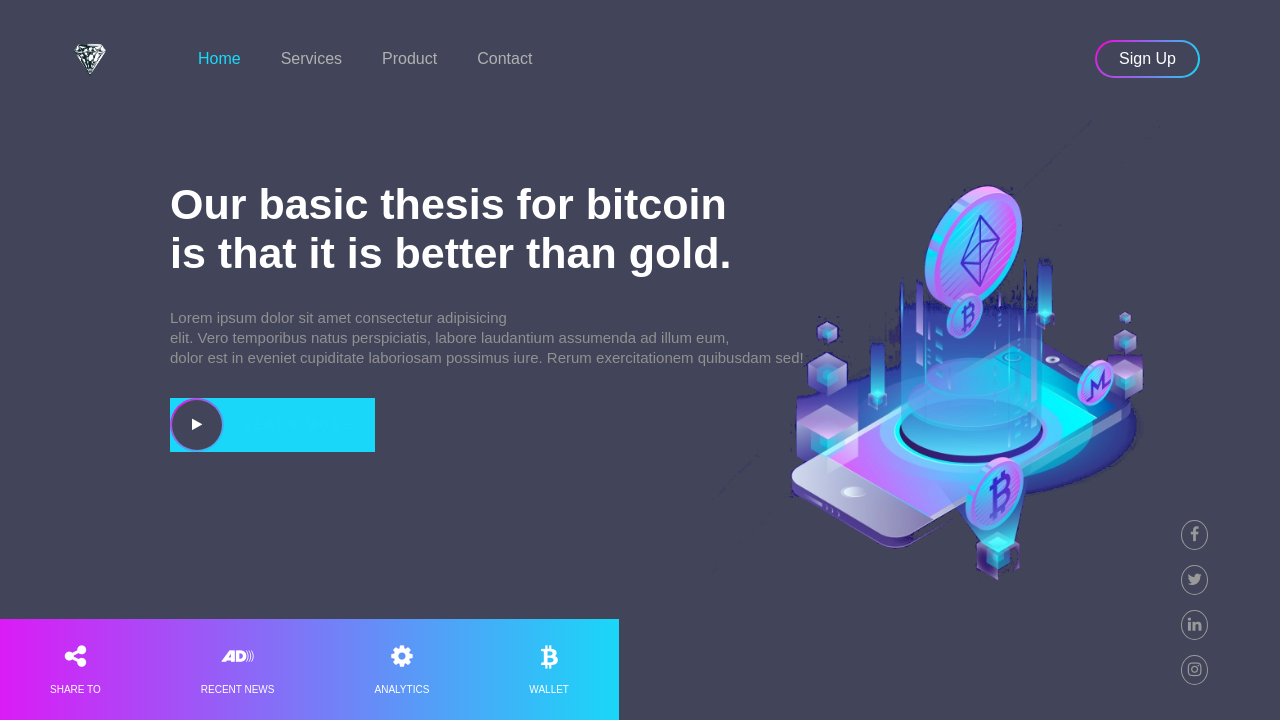
Repository: Aakarshit-Sharma19/Basic-HTML-and-CSS-Page-
Page: index.html
The author's editor kept a copy of each file at every save. The page is drawn from the files as they stood at one save, then again after the next save.
The browser window is 1280 px wide. The pictures show the whole page.
The pointer rests on the first visible `.play-btn`.

Above is the page before, as saved 2020-11-10 17:29:32.

### index.html
<!DOCTYPE html>
<html lang="en">

<head>
    <title>Crypto Currency Web App - Easy Tutorials</title>
    <link rel="stylesheet" href="style.css">
    <link rel="stylesheet" href="https://stackpath.bootstrapcdn.com/font-awesome/4.7.0/css/font-awesome.min.css">
</head>

<body>
    <!-- container -->
    <div class="container">

        <!-- menu -->
        <div class="menu">
            <ul>
                <li class="logo"><img src="1349.png" alt="diamond"></li>
                <li class="active">Home</li>
                <li>Services</li>
                <li>Product</li>
                <li>Contact</li>
                <li><a href="#" class="signup-btn"><span>Sign Up</span></a></li>
            </ul>
        </div>

        <!-- banner -->
        <div class="banner">

            <!-- App text -->
            <div class="app-text">
                <h1>Our basic thesis for bitcoin <br> is that it is better than gold.</h1>
                <p>Lorem ipsum dolor sit amet consectetur adipisicing <br>elit. Vero temporibus natus perspiciatis,
                    labore
                    laudantium assumenda ad illum eum,<br>  dolor est in eveniet cupiditate laboriosam possimus iure.
                    Rerum
                    exercitationem quibusdam sed!</p>
                <div class="play-btn">
                    <div class="play-btn-inner"><i class="fa fa-play" aria-hidden="true"></i>
                    </div>
                    <small><b>LEARN MORE</b></small>
                </div>
            </div>

            <!-- App picture -->
            <div class="app-picture">
                <img src="background.png" alt="">
            </div>
        </div>

        <!-- Quick Links -->
        <div class="quick-links">
            <ul>
                <li>
                    <i class="fa fa-share-alt" aria-hidden="true"></i><p>SHARE TO</p>
                </li>
                <li>
                   <i class="fa fa-audio-description" aria-hidden="true"></i><p>RECENT NEWS</p>
                </li>
                <li>
                    <i class="fa fa-cog" aria-hidden="true"></i><p>ANALYTICS</p>
                </li>
                <li>
                    <i class="fa fa-btc" aria-hidden="true"></i><p>WALLET</p>
                </li>
            </ul>

        </div>

        <!-- Social Icons -->
        <div class="social-icons">
            <ul>
                <li><a href="#"><i class="fa fa-facebook" aria-hidden="true"></i></a></li>
                <li><a href="#"><i class="fa fa-twitter" aria-hidden="true"></i></a></li>
                <li><a href="#"><i class="fa fa-linkedin" aria-hidden="true"></i></a></li>
                <li><a href="#"><i class="fa fa-instagram" aria-hidden="true"></i></a></li>
            </ul>
        </div>
    </div>
</body>

</html>

### style.css
* {
    margin: 0;
    padding: 0;
    font-family: sans-serif;
}

body{
    background: #42455a;
}
.container{
    width: 100%;
    height: 100%;
}

.menu ul{
    display: inline-flex;
    margin: 50px;
}

.menu ul li{
    list-style: none;
    margin: 0 20px;
    color: #b2b1b1;
    cursor: pointer;
}
.menu ul li:hover{
    color: aliceblue;
}
.logo img{
    width: 40px;
    margin-top: -12px;
    margin-right: 48px;
}

.active{
    color: #19dafa!important;
}

.signup-btn{
    top: 40px;
    right: 80px;
    position: absolute;
    text-decoration: none;
    color: #fff;
    border: 2px solid transparent;
    border-radius: 20px;
    background-image: linear-gradient(#42455a, #42455a), radial-gradient(circle at top left, #fd00da, #19d7f8);
    background-origin: border-box;
    background-clip: content-box,border-box;
}

.signup-btn:hover{
    background-color: #19dafa!important;
    background-origin: padding-box;
}

.signup-btn span{
    display: block;
    padding: 8px 22px;
}

.banner{
    width: 80%;
    height: 70%;
    top: 25%;
    left: 130px;
    position: absolute;
    color: #fff;
}

.app-text{
    width: 50%;
    float: left;
}

.app-text h1{
    font-size: 43px;
    width: 640px;
    position: relative;
    margin-left: 40px;
}

.app-text p{
    font-size: 15px;
    width: 650px;
    margin: 30px 0 30px 40px;
    line-height: 20px;
    color: #919191;
}

.app-picture{
    width: 50%;
    float: right;
}

.app-picture img{
    width: 100%;
    margin-top: -60px;
    padding-left: 70px;
}

.play-btn{
    margin-left: 40px;
    display: inline-flex;
}

.play-btn-inner{
    height: 50px;
    width: 50px;
    border: 2px solid transparent;
    border-radius: 50%;
    background-image: linear-gradient(#42455a, #42455a), radial-gradient(circle at top left, #fd00da, #19d7f8);
    background-origin: border-box;
    background-clip: content-box,border-box;
    text-align: center;
}
.play-btn-inner .fa{
    padding: 18px 0px;
    font-size: 13px;
    cursor: pointer;
}
.play-btn:hover{
    background-color: #19d7f8;
}
small{
    margin: auto 20px;
    cursor: pointer;
    font-size: 12px;
    color: #19dafa;
    letter-spacing: 3px;
}
.play-btn-inner .fa:hover{
    color: #19d8fac2;
}
.quick-links{
    left: 0;
    bottom: 0;
    position: absolute;
    background: linear-gradient(to right, #db1bf6, #19d7f8);
}
.quick-links ul{
    display: inline-flex;
    margin: 25px auto;
    text-align: center;
}
.quick-links ul li{
    list-style: none;
    margin: 0 50px;
    cursor: pointer;
}
.quick-links ul li .fa{
    font-size: 25px;
    color: white;
}

.quick-links ul li p{
    margin-top: 15px;
    font-size: 10px;
    color: white;
}

.social-icons{
    right: 72px;
    bottom: 35px;
    position: absolute;
}

.social-icons ul li{
    list-style: none;
    margin-top: 15px;
    text-align: center;
}

.social-icons ul li a{
    color: #999;
    border-radius: 50%;
    border: 1px solid #999;
    padding: 5px;
    display: block;
}

After the next save:
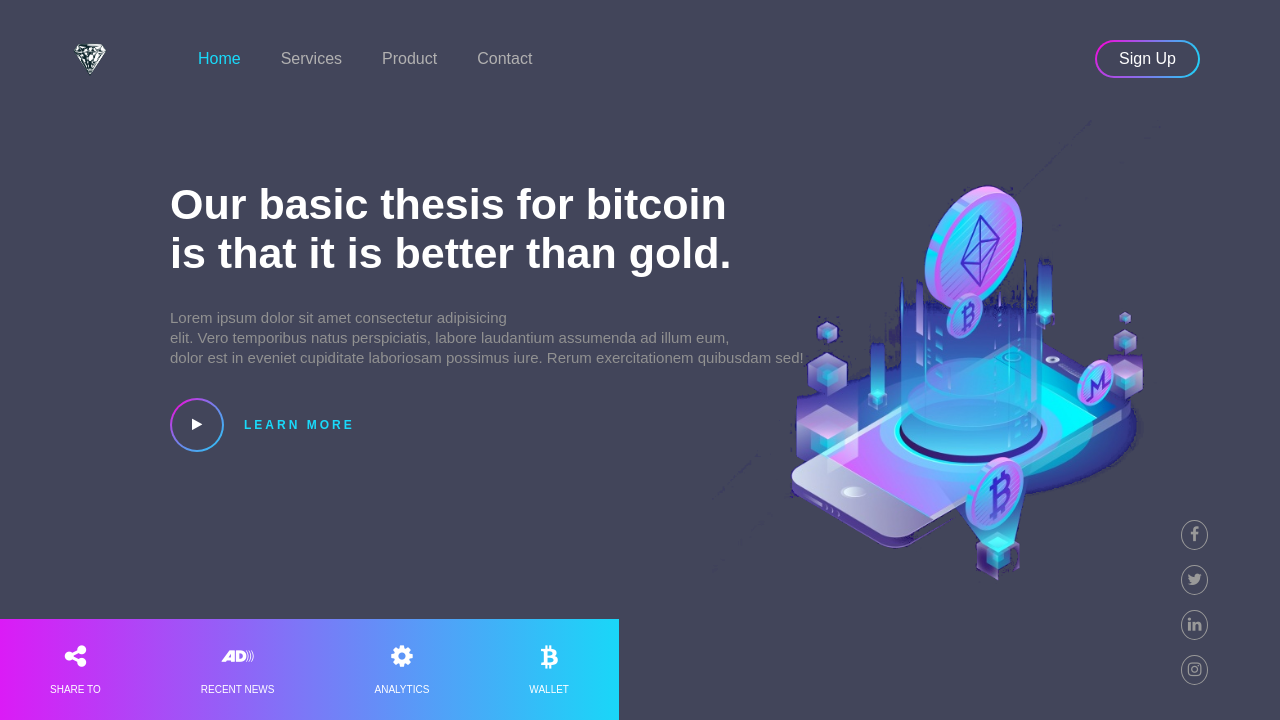
Saved 11 s later.
--- a/style.css
+++ b/style.css
@@ -119,9 +119,10 @@ body{
     font-size: 13px;
     cursor: pointer;
 }
-.play-btn:hover{
-    background-color: #19d7f8;
+.play-btn-inner .fa:hover{
+    color: #19d8fac2;
 }
+
 small{
     margin: auto 20px;
     cursor: pointer;
@@ -129,9 +130,7 @@ small{
     color: #19dafa;
     letter-spacing: 3px;
 }
-.play-btn-inner .fa:hover{
-    color: #19d8fac2;
-}
+
 .quick-links{
     left: 0;
     bottom: 0;
